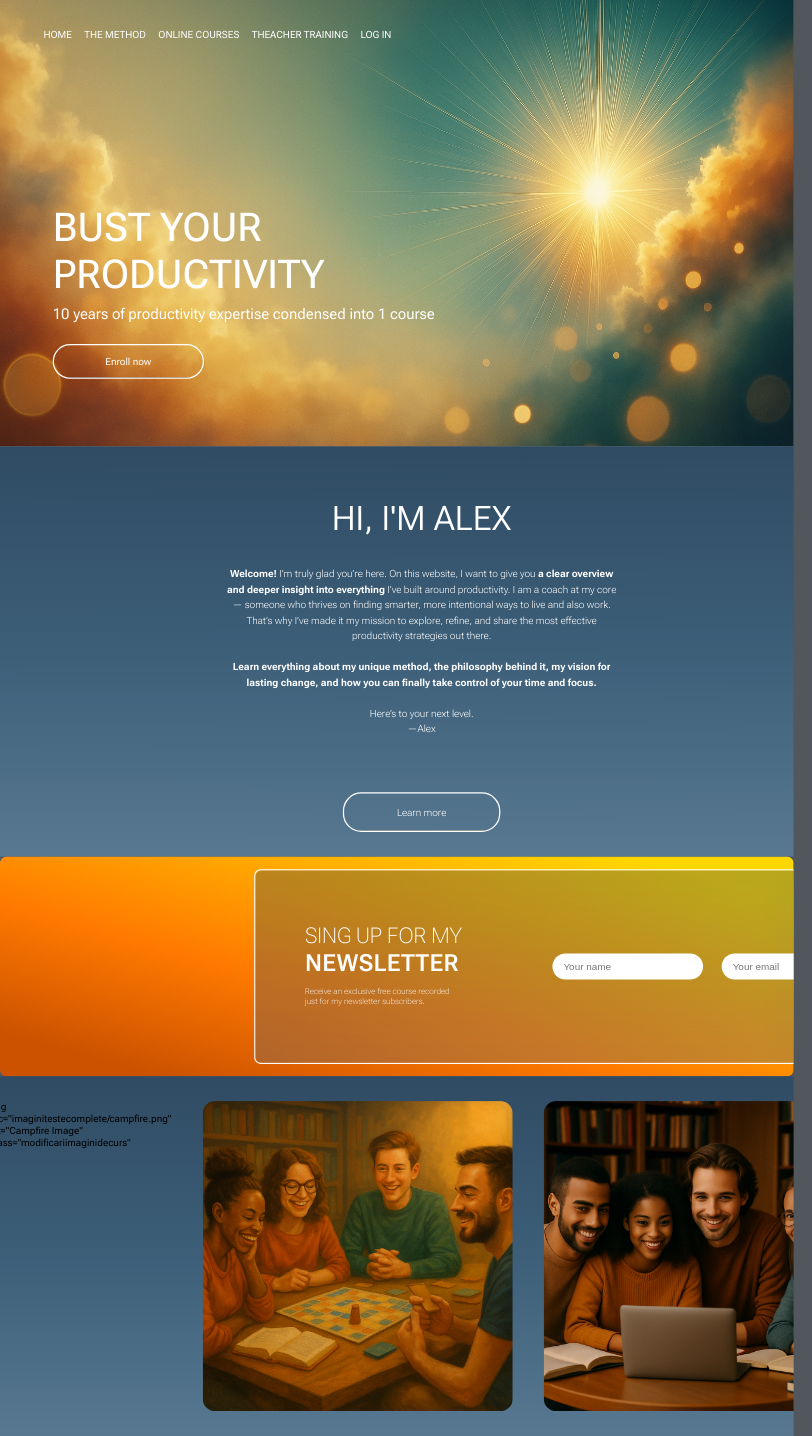
Repository: Parnicoza/testecomplete
Page: Productivity.copie.html
The author's editor kept a copy of each file at every save. The page is drawn from the files as they stood at one save, then again after the next save.
The browser window is 1280 px wide. The page is 1310 px wide, so the pictures cover 1310 px, including what lies to the right of the window. The pictures show the whole page, at 62% of full size.

Above is the page before, as saved 2025-05-30 14:29:58.

### Productivity.copie.html
<!DOCTYPE html>
<html lang="en">

<head>
    <meta charset="utf-8">
    <title>Productivity</title>
    <link rel="stylesheet" href="stilizaretestcomplet-14.css">
    <link rel="icon" href="imaginitestecomplete/dashboard.ico">
    <link rel="stylesheet" href="peoductivitate.css">
    <meta name="viewport" content="width=device-width, initial-scale=1.0">
    <meta charset="UTF-8">
    <link rel="preconnect" href="https://fonts.googleapis.com">
    <link rel="preconnect" href="https://fonts.gstatic.com" crossorigin>
    <link href="https://fonts.googleapis.com/css2?family=Roboto+Flex:opsz,wght@8..144,100..1000&display=swap"
        rel="stylesheet">
</head>

<body>
    <header>
        <nav>
            <ul class="nav-links">
                <li><a href="">HOME</a></li>
                <li><a href="">THE METHOD </a></li>
                <li><a href="">ONLINE COURSES</a></li>
                <li><a href="">THEACHER TRAINING</a></li>
                <li><a href="">LOG IN</a></li>
            </ul>
        </nav>
    </header>
    <div class="hero-section">
        <!--Acest div este pentru a separa, cu un background , the intro of the page ,cum ar venii , fata de restul paginii-->
        <figure>
            <h1 class="main-heading-pentru-productivity"> Bust Your <br>
                Productivity</h1>
            <figcaption class="caption-for-the-heading">10 years of productivity expertise condensed into 1 course
            </figcaption>
            <a class="button" href="https://www.maltemartenmethod.com/" target="_blank"><span>Enroll now</span></a>
        </figure>
    </div>

    <div class="background-after-hero"
        style="background: linear-gradient(to bottom, #1e3c56, #2c516d, #4a6d88), rgba(255, 255, 255, 0.08); background-blend-mode: overlay; padding: 40px; margin-top: 0;">
        <div class="HIIAMALEX">
            <h2>HI, I'M ALEX</h2>
            <p>
                <b>Welcome!</b> I’m truly glad you’re here. On this website, I want to give you <b>a clear overview and
                    deeper insight into everything</b> I’ve built around productivity. I am a coach at my core — someone
                who thrives on finding smarter, more intentional ways to live and also work. That’s why I’ve made it my
                mission to explore, refine, and share the most effective productivity strategies out there.<br>

                <br><b>Learn everything about my unique method, the philosophy behind it, my vision for lasting change,
                    and how you can finally take control of your time and focus.</b><br>

                <br>Here’s to your next level.<br>
                —Alex
                <a class="learn-more-btn" href="https://www.maltemartenmethod.com/"><span>Learn more</span></a>
            </p>
        </div>
    </div>

    <div class="newsletter"><!--ACESTA ESTE BACKROUND-UL , DIN SPATE , CEL CU ROSU-->
        <div class="newsletter-text" style="margin-left: 410px;"><!--ACESTA ESTE BORDERUL/BACKGROUND-UL CU BORDER-->
            <div class="newsletter-overlay"></div>
            <div class="text">
                <!--ACEST DIV ESTE PENTRU TEXTUL PROPRIU ZIS , AICI PUN TEXTUL SI MA OC CU PROPRIETATILE LUI-->
                <p class="singup">
                    SING UP FOR MY<br>
                    <span class="span">NEWSLETTER</span><br>
                    <span style="font-size: small; display: inline-block;margin-top: 15px;">
                        Receive an exclusive free course recorded<br>
                        just for my newsletter subscribers.
                    </span>
                </p>
                <form class="newsletter-form-row">
                    <input type="text"  placeholder="Your name" required>
                    <input type="email" placeholder="Your email" required>
                    <button type="submit">Subscribe</button>
                </form>
            </div>
        </div>
    </div>

    <div class="COURSES-background">
        <div class="imaginidesprecurs">
            <a><!--AICI TREBUIE SA PUN LINKUL CATRE VIITOAREA PAGINA-->img src="imaginitestecomplete/campfire.png" alt="Campfire Image" class="modificariimaginidecurs"</a><!--TREBUIE CA FIECARE IMAGINE SA DUCA LA O PAGINA NOUA-->
            <img src="imaginitestecomplete/fungames.png" alt="Fun Games Image" class="modificariimaginidecurs"><!--TREBUIE CA FIECARE IMAGINE SA DUCA LA O PAGINA NOUA-->
            <img src="imaginitestecomplete/oameniinbiblioteca.png" alt="People in Library Image" class="modificariimaginidecurs"><!--TREBUIE CA FIECARE IMAGINE SA DUCA LA O PAGINA NOUA-->
        </div>

    </div>
</body>

</html>

### stilizaretestcomplet-14.css
body{
    background-color:#51575D;
}

.main-heading{
    text-align: center;
    text-transform: uppercase;
    text-shadow: 15px 15px 15px black;
    font-size: 3.5em;
    color: black;
}

.background-for-the-heading{
    background: linear-gradient(to right, #5B6770, #9CAEBF);
    margin: 20px;
    padding: 5px;
    border-radius: 10px;
    margin-left: 170px;
}

.thesamebackground{
    background-color: rgba(91, 103, 112, 0.6) ;
    margin-left: 170px;
    margin-top: 50px;
    text-align: center;
    padding: 10px;
    border-radius: 10px;
    box-shadow: 5px 5px 15px black;
    margin-right: 20px;
}

.paragraph-gradient{
    color: #ffff;
    font-size: 2em;
    -webkit-text-stroke: 0.7px black;
    text-align: center;
}

.quote{
    border: 1px dotted black;
    padding: 10px;
    margin-left: 150px;
}

.divider{
    border: none;
    height: 4px;
    background-color: lightgray;
    border: 3px dotted black;
    margin: 14px;
    margin-left: 150px;
}

.image{
    border-radius: 5px;
    box-shadow: 5px 5px 15px black;
    display: block;
    margin: 0 auto;
}

.picture{
    margin-left: 160px;
}

.Dashboard{
    display: flex;
}

.sidebar{
    display: flex;
    flex-direction: column;
   width: 140px;
   position: fixed;
   left: 0;
   top: 0;
   height: 96vh;
   justify-content: center;
   margin: 20px;
   background-color: #6A747D;
    border-radius: 10px;
    box-shadow: -5px -5px 15px black;

}

.list{
    list-style-type: none;
    display: flex;
    flex-direction: column;
    gap: 30px;
    padding: 0;
    margin-left: 10px;
}

.container{
    margin-left: 160px;
}

.divimage{
    display: block;
    margin-left: 160px;
    margin-top: 50px;

}

.figcaption{
    font-style: italic;
    font-weight: bold;
    margin: 20px;
}

.home{
    color: black;
}

.BLOCKS{
    display: flex;
    flex-direction: row;
    justify-content: space-evenly;
    gap: 20px;
}
.blocks{
    display: flex;
    flex-direction: column;
    justify-content: space-evenly;
    width: 350px;
    margin-left: 170px;
    background-color: rgba(91, 103, 112, 0.6);
    box-shadow: 5px 5px 15px black;
    border-radius: 10px;
    padding: 10px;
    margin-right: 20px;
}

.blocks2{
    display: flex;
    flex-direction: column;
    justify-content: space-evenly;
    width: 350px;
    background-color: rgba(91, 103, 112, 0.6);
    box-shadow: 5px 5px 15px black;
    border-radius: 10px;
    padding: 10px;
    margin-right: 20px;
}

.blocks3{
    display: flex;
    flex-direction: column;
    justify-content: space-evenly;
    width: 350px;
    background-color: rgba(91, 103, 112, 0.6);
    box-shadow: 5px 5px 15px black;
    border-radius: 10px;
    padding: 10px;
    margin-right: 20px;
}
.headingforblock{
    text-align: left;
    text-transform: uppercase;
    font-weight: bold;
    color: black;
    display: flex;
}

.paragraph-gradient1{
    color: #ffff;
    -webkit-text-stroke: 0.6px black;
    font-size: 25px;
    text-align: center;
}

.footer{
    margin-left: 170px;
}

.social-media{
    display: flex;
    flex-direction: row;
    justify-content: space-evenly;
    gap: 20px;
    margin-top: 250px;
}
.ul{
    list-style-type: none;
    display: flex;
    flex-direction: row;
    gap: 20px;
    padding: 0;
}

.footer-text{
    color: white;
    font-size: smaller;
    text-align: center;
    margin: 0 auto;
    width: 650px;
}

.Disclaimer{
    color: white;
    font-size: large;
}

.ifarme{
    margin-left: 160px;
    margin-top: 10px;
}

### peoductivitate.css
html,body{overflow-x:hidden;}
body{
    font-family: "Roboto Flex", sans-serif;
    margin: 0;
}

.hero-section{
    height: 100vh;
    display: flex;
    align-items: center;
    background-image: url('imaginitestecomplete/sky.png');
    background-position: center;
    background-size: cover;
    background-repeat: no-repeat;
    /* A RAMAS SA PUN BACKGROUND */
    background-size: cover;
    background-position: center;
    background-repeat: no-repeat;
    margin-bottom: 0;
    width: 100%;
}

.background-after-hero {
    background: linear-gradient(to bottom, #1e3c56, #2c516d, #4a6d88), rgba(255, 255, 255, 0.08);
    background-blend-mode: overlay;
    padding: 40px;
    margin-top: 0;
    min-height: 60vh;
    width: 100%;
    overflow-x: hidden;

}

nav{
    position: absolute;
    width: 100%;
    z-index: 1000;
    margin: 30px;
}

.nav-links{
    list-style-type: none;
    display: flex;
    justify-content: flex-start;
    gap: 20px;
}

.nav-links li a{
    text-decoration: none;
    color: white;
}

.main-heading-pentru-productivity{
    text-transform: uppercase;
    font-size: 4rem;
    color: white;
    text-align: left;
    line-height: 1.2em;
    margin-top: 220px;
    margin-left: 45px;
    margin-bottom: 10px;
    font-weight: 450;
}

.caption-for-the-heading{
    display: inline-block;
    text-align: left;
    margin-left: 45px;
    font-size: x-large;
    color: white;
}

.HIIAMALEX{
    color: white;
    text-align: center;
}

.HIIAMALEX h2{
    font-weight: 330;
    font-size: 3.4em;
}

.HIIAMALEX p{
    font-weight: 200;
    width: 50%;
    text-align: center;
    margin: 0 auto;
    line-height: 25px;
}

.button{
    background: transparent;
   border: 2px solid white;
    border-radius: 30px;
    display: flex;
    justify-content: center;
    align-items: center;
    text-align: center;
    width: 240px;
    height: 52px;
    margin-top: 35px;
    margin-left: 45px;
    color: white;
    text-decoration: none;
    position: relative;
    overflow: hidden;
    z-index: 1;
}

.button::before {
    content: "";
    position: absolute;
    bottom: -100%;         /* de jos, complet ascuns la început */
    left: 0;
    width: 100%;
    height: 100%;
    background: linear-gradient(to bottom, #1e3c56, #2c516d, #4a6d88), rgba(255, 255, 255, 0.08);
    transition: bottom 0.4s ease;
    z-index: 0;
}
.button:hover::before {
    bottom: 0;  /* se ridică complet peste buton */
}
.button span {
    position: relative;
    z-index: 2;
}

.learn-more-btn{
    background: transparent;
    border: 2px solid white;
    border-radius: 30px;
    display: flex;
    align-items: center;
    justify-content: center;
    text-align: center;
    width: 250px;
    height: 60px;
    margin: 0 auto;
    position: relative;
    overflow: hidden;
    z-index: 1;
    color: white;
    text-decoration: none;
    margin-top: 90px;
}

.learn-more-btn::before{
    content: "";
    position: absolute;
    bottom: -100%;         /* de jos, complet ascuns la început */
    left: 0;
    width: 100%;
    height: 100%;
    background: linear-gradient(to top right, #cc5200 10%, #ff7a00 40%, #ffd700 90%);
    transition: bottom 0.4s ease;
    z-index: 0;
}

.learn-more-btn:hover::before{
    bottom: 0;  /* se ridică complet peste buton */
}

.learn-more-btn span{
    position: relative;
    z-index: 2;
}

.newsletter{
    background: linear-gradient(to top right, #cc5200 10%, #ff7a00 40%, #ffd700 90%);
    min-height: 45vh;
    display: flex;
    justify-content: center;
    align-items: center;
    flex-direction: column;
    width: 100%;
    border-radius: 10px;
}
.singup {
    color: white;
    font-size: 35px;
    font-weight: 100;
    text-align: left;
    margin-left: 30px;
    line-height: 1.2;
}
.span {
    display: inline-block;
    font-weight: 600;
    width: 250px;
    text-align: left;
    font-size: 38px;
    letter-spacing: 0.5px;
}

.newsletter-text{
    border: 2px solid white;
    width: 90%;
    max-width: 1150px;
    margin: 20px auto;
    position: relative;
    border-radius: 10px;
    margin-left: 425 px;
}
.text{
    margin: 50px;
    position: relative;
    z-index: 2;
    display: flex;
    align-items: center;
    gap: 40px;
}
/* keep paragraph and form widths responsive */
.singup{
    flex: 1 1 50%;
}
.newsletter-form-row{
    flex: 0 0 auto;
}

@media (max-width: 800px){
    .text{
        flex-direction: column;
        align-items: flex-start;
        gap: 20px;
    }
}
.newsletter-overlay{
    position: absolute;
    top: 0;
    left: 0;
    width: 100%;
    height: 100%;
    background: linear-gradient(
      to bottom,
      rgba(30, 60, 86, 0.3),
      rgba(44, 81, 109, 0.3),
      rgba(74, 109, 136, 0.3)
    );
    backdrop-filter: blur(30px);
    border-radius: 4px;
    z-index: 0;
    border-radius: 10px;
}

.newsletter-form-row{
    display: flex;
    align-items: center;
    justify-content: space-between;
    gap: 30px;
}
form {
    display: flex;
    gap: 20px;
  }

  form input {
    padding: 12px 18px;
    border-radius: 25px;
    border: none;
    background-color: white;
    color: #333;
    font-size: 16px;
  }
  form input:focus {
    outline: none;
    box-shadow: 0 0 0 2px #ffa50044;
  }
  .explore-courses{
    background: linear-gradient(to bottom, #1e3c56, #2c516d, #4a6d88), rgba(255, 255, 255, 0.08);
    display: flex;
    justify-content: center;
    flex-direction: column;
    align-items: center;
    min-height: 100vh;
  }

  .explore-courses-text{
    width: 50%;
    text-align: center;
    color: white;
    margin: 0 auto;
    line-height: 25px;
    font-weight: 200;
    margin-top: 45.152px;
  }

  .explore-courses h2{
    font-weight: 330;
    font-size: 3.4em;
    color: white;
    text-align: center;
}

.course-cards{
    display: flex;
    align-items: center;
    justify-content: space-evenly;
    gap: 100px;
    margin: auto;
    margin-top: 50px;
}

.borderfortheimages{
    border-radius: 25px;
}
.scroll-appear {
    opacity: 0;
    transform: translateY(-30px);
    transition: opacity 1.5s ease, transform 1.5s ease;
}

.scroll-appear.show {
    opacity: 1;
    transform: translateY(0);
}

.join-btn {
    margin-top: 50px;      /* pushes the button down a bit */
    margin-bottom: 40px;   /* optional bottom spacing */
}

.COURSES-background{
    background: linear-gradient(to bottom, #1e3c56, #2c516d, #4a6d88), rgba(255, 255, 255, 0.08);
    background-blend-mode: overlay;
    display: flex;
    flex-direction: row;
    align-items: center;
    justify-content: center;
    padding: 40px;
    margin-top: 0;
    min-height: 60vh;
    width: 100%;
    overflow-x: hidden;
    gap : 20px;
}

.imaginidesprecurs{
    display: flex;
    gap: 50px;
}

.modificariimaginidecurs{
    width: 500px;
    height: 500px;
    border-radius: 20px;
}

After the next save:
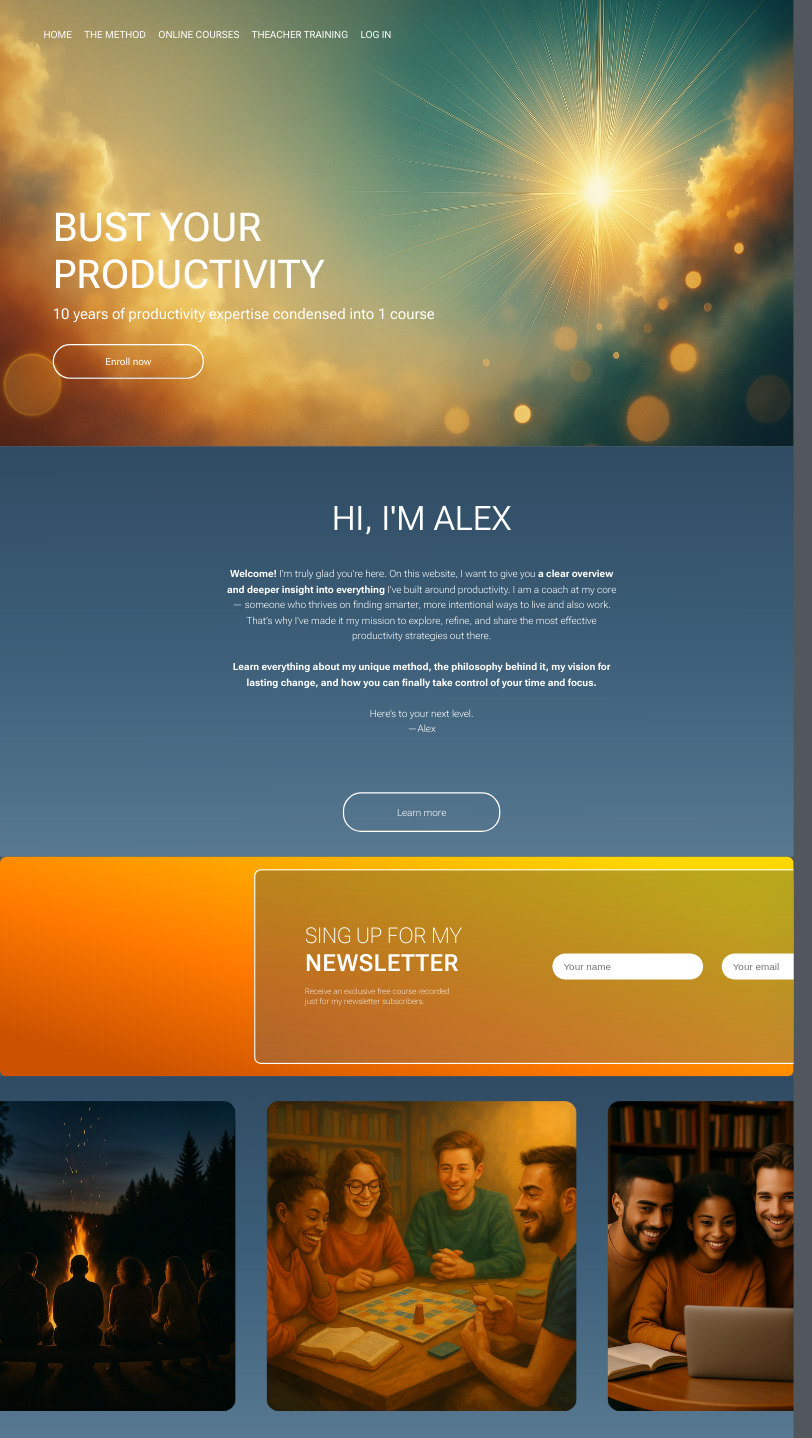
Saved 57 s later.
--- a/Productivity.copie.html
+++ b/Productivity.copie.html
@@ -82,7 +82,7 @@
 
     <div class="COURSES-background">
         <div class="imaginidesprecurs">
-            <a><!--AICI TREBUIE SA PUN LINKUL CATRE VIITOAREA PAGINA-->img src="imaginitestecomplete/campfire.png" alt="Campfire Image" class="modificariimaginidecurs"</a><!--TREBUIE CA FIECARE IMAGINE SA DUCA LA O PAGINA NOUA-->
+            <a><img src="imaginitestecomplete/campfire.png" alt="Campfire Image" class="modificariimaginidecurs"></a><!--TREBUIE CA FIECARE IMAGINE SA DUCA LA O PAGINA NOUA-->
             <img src="imaginitestecomplete/fungames.png" alt="Fun Games Image" class="modificariimaginidecurs"><!--TREBUIE CA FIECARE IMAGINE SA DUCA LA O PAGINA NOUA-->
             <img src="imaginitestecomplete/oameniinbiblioteca.png" alt="People in Library Image" class="modificariimaginidecurs"><!--TREBUIE CA FIECARE IMAGINE SA DUCA LA O PAGINA NOUA-->
         </div>
